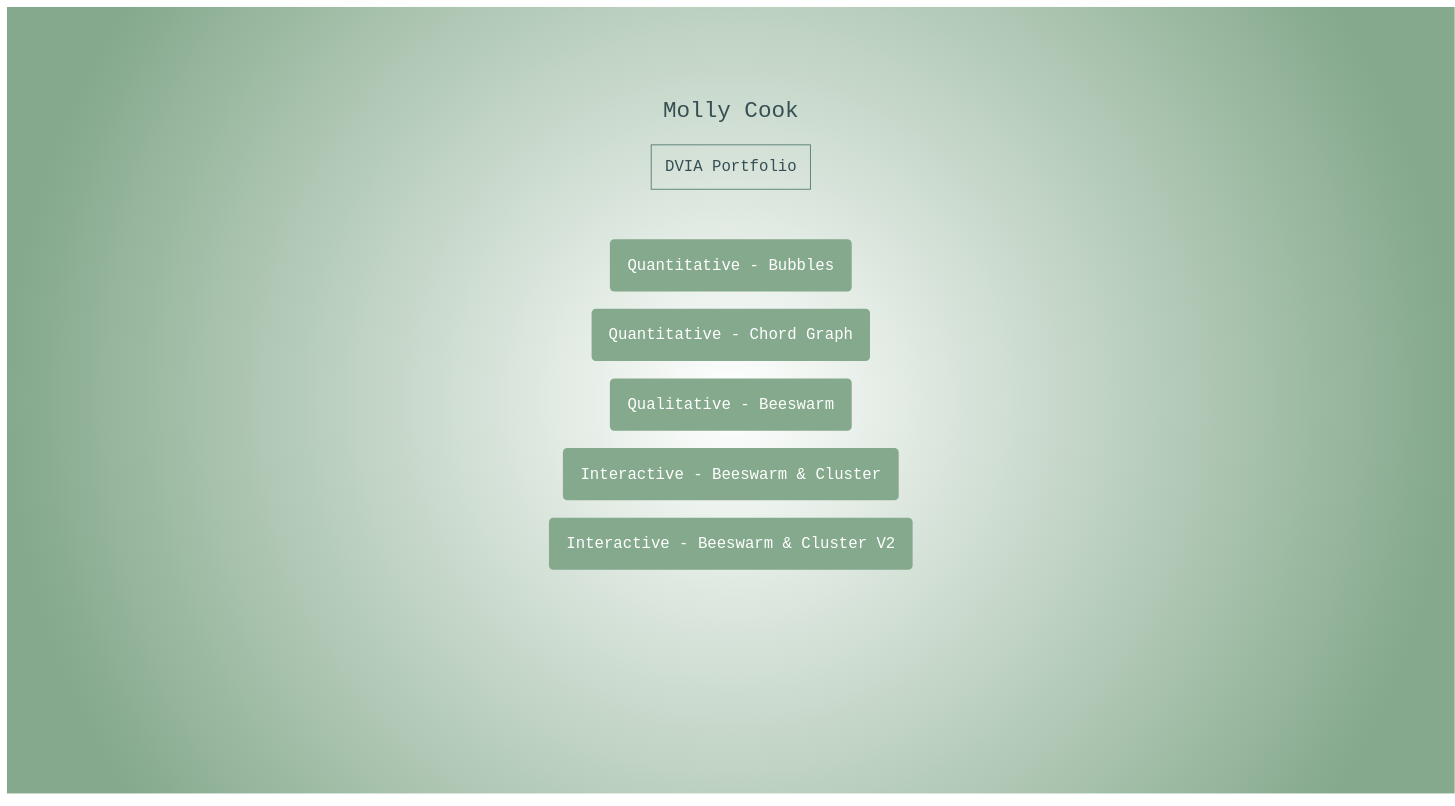
Repository: m0llyc00k/dvia-2
Page: index.html
The author's editor kept a record of every edit. The page is drawn from the files as they stood at one moment, then again after the next edit.
The browser window is 1280 px wide. The page is 1672 px wide, so the pictures cover 1672 px, including what lies to the right of the window. The pictures show the whole page, at 87% of full size.

Above is the page before.

After the next edit:
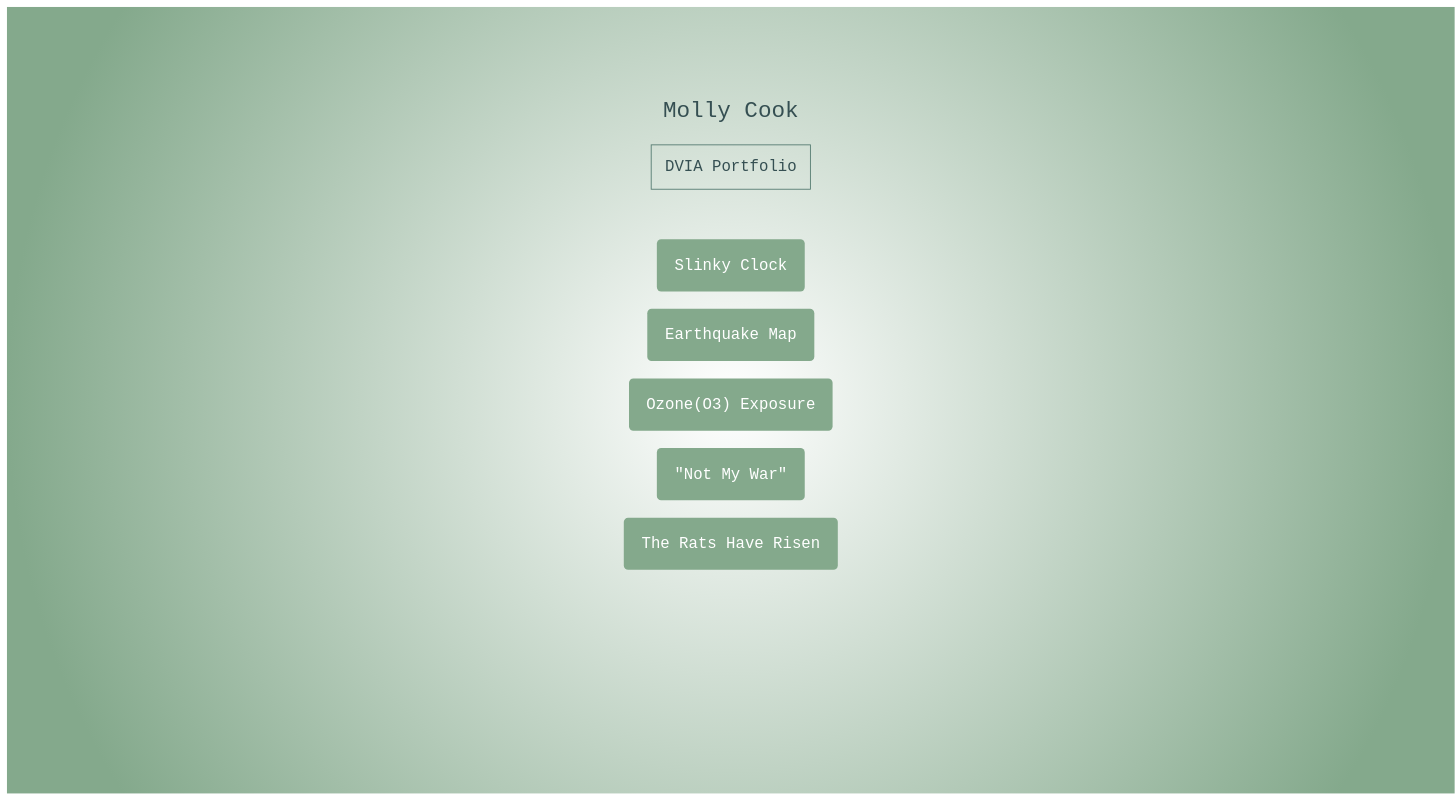
The edit:
--- a/index.html
+++ b/index.html
@@ -1,24 +1,25 @@
 <!DOCTYPE html>
 <html lang="en">
-    <head>
-        <meta charset="UTF=8">
-        <meta http=equiv="X-UA-Compatible" content="IE=edge">
-        <meta name="viewport" content="width=device=width, initial-scale=1.0">
-        <title>Major Studio Portfolio</title>
-          <link rel="stylesheet" href="style.css">
-    </head>
+
+<head>
+    <meta charset="UTF=8">
+    <meta http=equiv="X-UA-Compatible" content="IE=edge">
+    <meta name="viewport" content="width=device=width, initial-scale=1.0">
+    <title>Major Studio Portfolio</title>
+    <link rel="stylesheet" href="style.css">
+</head>
+
 <body>
     <div class="fullPage">
         <h1> Molly Cook</h1>
         </br>
         <h2>DVIA Portfolio</h2>
         <ul>
-           <li>  <a href="./Week5_Smithsonian_quantitative_original/topic_bubbles.html"> Quantitative - Bubbles</a></li>
-            <li> <a href="./Week5_Smithsonian_quantitative_original/Smithsonian_chord_graph/index-topics.html"> Quantitative - Chord Graph</a> </li>
-            <li> <a href="./Qualitative/examples-beeswarm/index-2.html"> Qualitative - Beeswarm</a></li>
-            <li> <a href="./Final/index.html"> Interactive - Beeswarm & Cluster</a></li>
-            <li> <a href="./Final_v2/index.html"> Interactive - Beeswarm & Cluster V2</a></li>
-
+            <li> <a href="./01_time/clockindex.html"> Slinky Clock</a> </li>
+            <li> <a href="./EarthquakeMap_MC/index.html"> Earthquake Map</a></li>
+            <li> <a href="./02_d3/air_quality/NYC_ozone.html"> Ozone(O3) Exposure</a></li>
+            <li> <a href="./week-7/practice-text-exercises/A3-text-final-MollyCook/stacked-bar-simple-sotu.html"> "Not My War"</a></li>
+            <li> <a href="./Final/rats/Graph-rats/index.html"> The Rats Have Risen</a></li>
         </ul>
     </div>
 </body>
